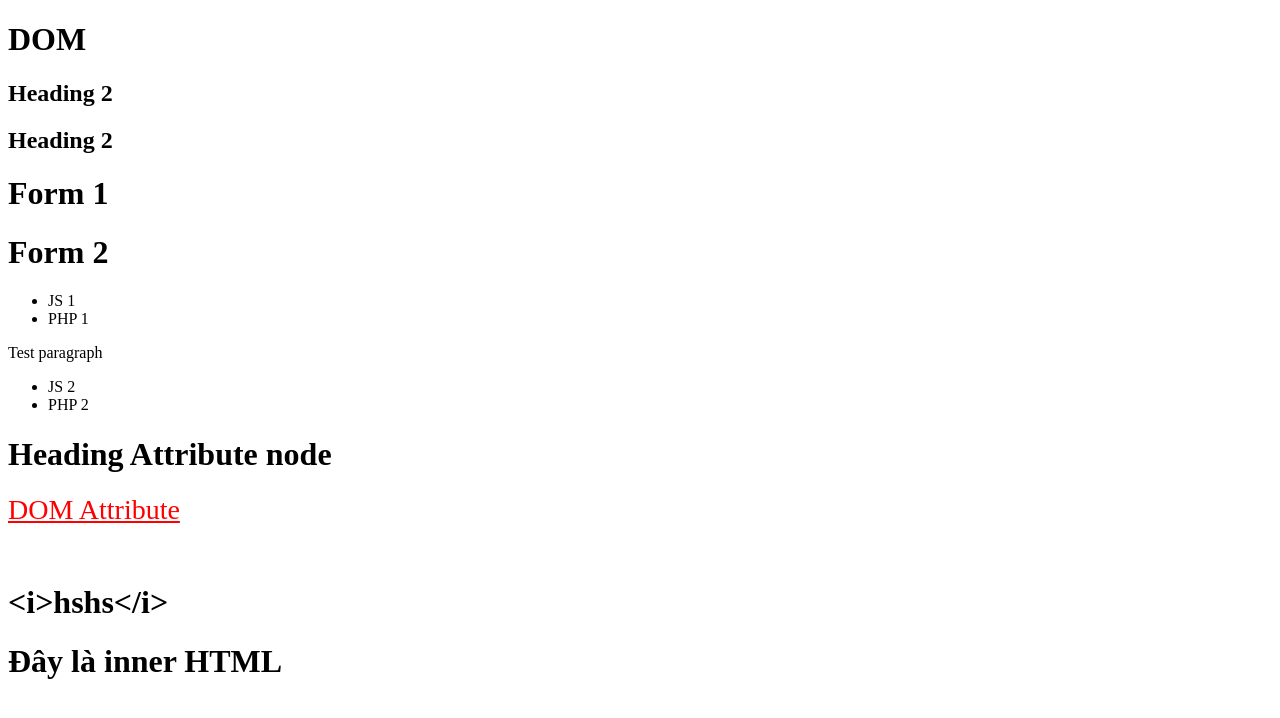
Repository: tannv3201/learn_JS_F8
Page: DOM/index.html
These files come from the project's save history. The page is drawn as it stood at one moment and after the next save; the edit follows.
The browser window is 1280 px wide. The pictures show the whole page.

Above is the page before, as saved 2022-08-07 09:14:55.

After the next save:
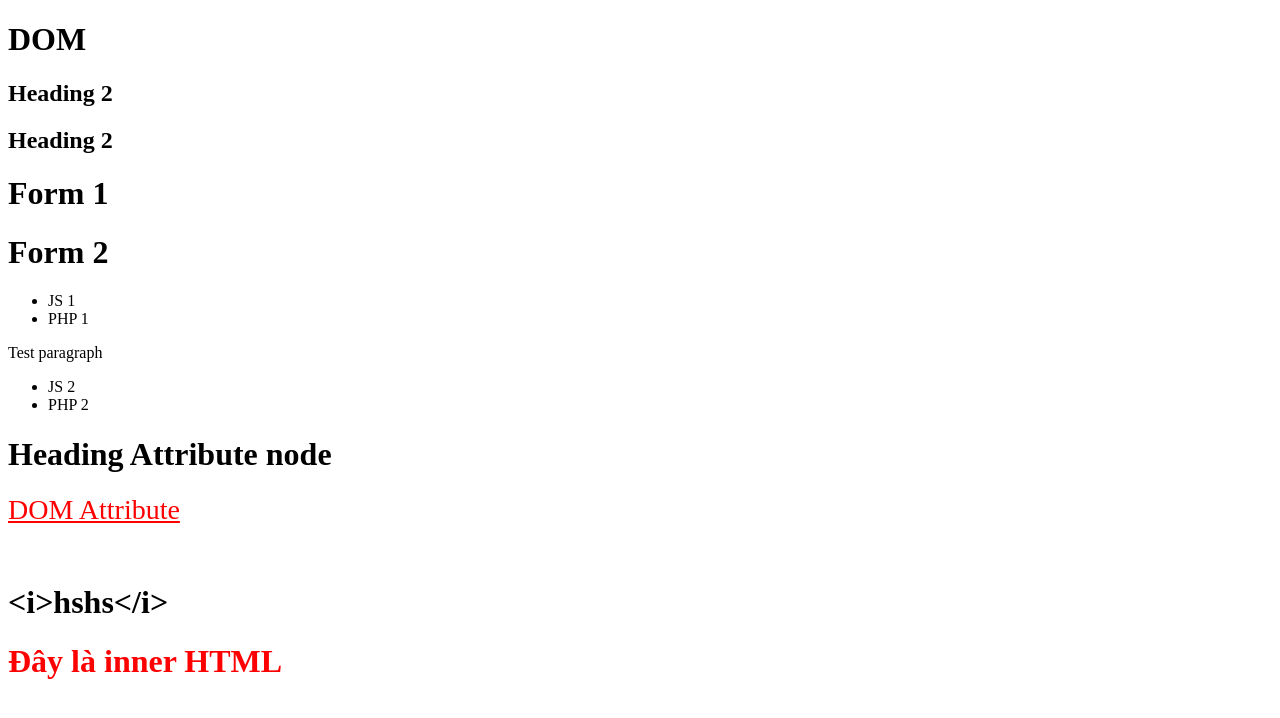
Saved 15 s later.
--- a/DOM/main.js
+++ b/DOM/main.js
@@ -130,7 +130,7 @@ console.log('inner Text: ',headingElement.innerText)
 // innerHTML & outerHTML là 2 thuộc tính của ElementNode
 // InnerHTML
     var boxElement = document.querySelector('.box-element');
-    boxElement.innerHTML = '<h1>Đây là inner HTML</h1>' //Thêm trực tiếp dưới dạng ElementNode, bỏ tag đi sẽ thành textNode
+    boxElement.innerHTML = '<h1 style="color:red;">Đây là inner HTML</h1>' //Thêm trực tiếp dưới dạng ElementNode, bỏ tag đi sẽ thành textNode
     console.log(boxElement.querySelector('h1').innerText)
 
 // OuterHTML
